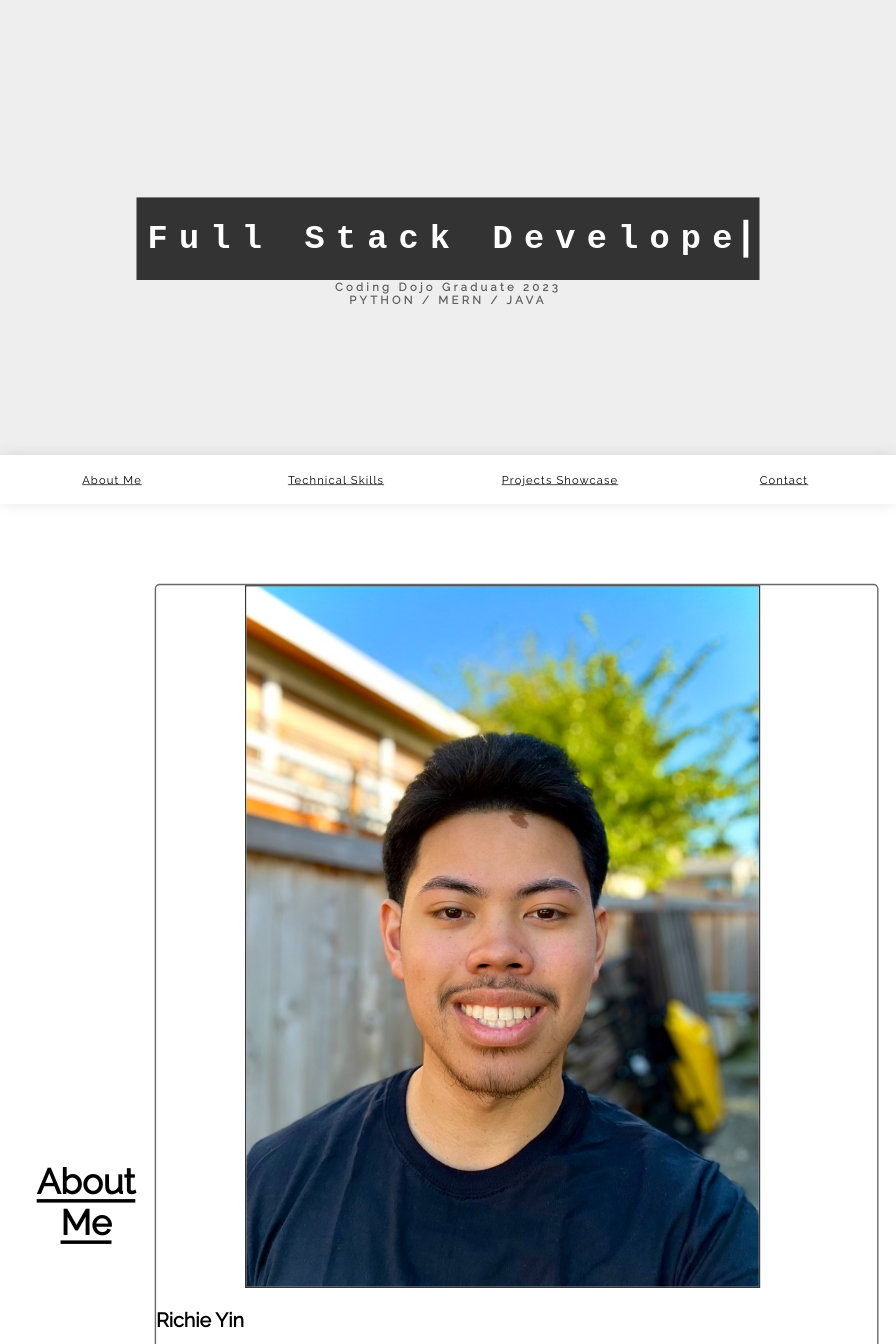
Repository: RICHIE-YIN/Personal-Portfolio
Page: index.html
An editor plug-in stored every save of this project. The page is shown before and after the next save, followed by the edit.
The browser window is 1280 px wide. The pictures show the part of the page from y = 0 to 1920 px (the page is 4452 px tall before and 4193 px after), at 70% of full size.
Some web fonts or font styles are not loaded; a fallback is used.

Above is the page before, as saved 2023-06-12 17:04:51.
Console error: ReferenceError: $ is not defined

After the next save:
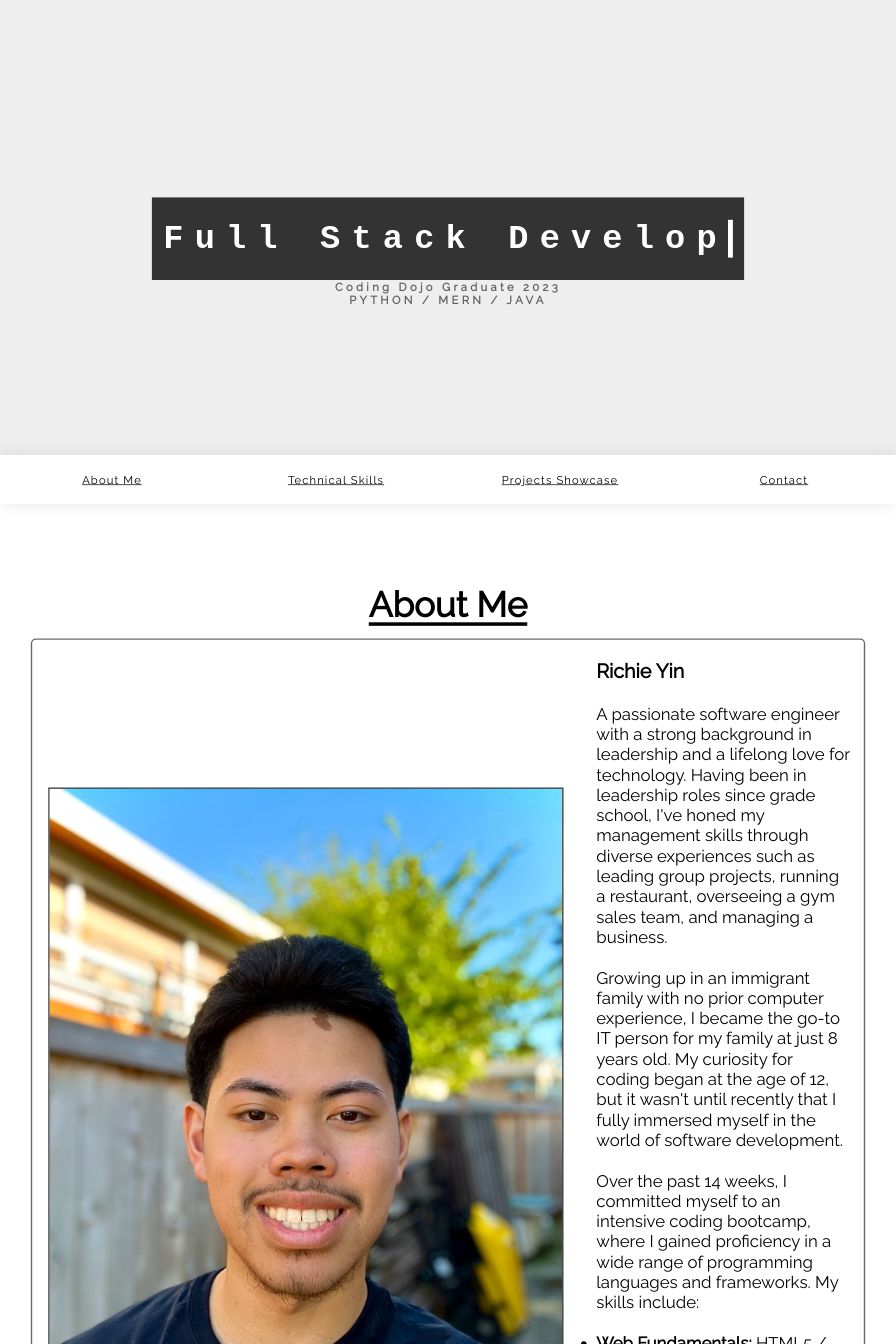
Saved 33 s later.
--- a/styles.css
+++ b/styles.css
@@ -114,7 +114,7 @@ display: none;
 
 .profile-section {
     display: flex;
-    flex-direction:row;
+    flex-direction: column;
     align-items: center;
     padding-left: 25px;
     padding-right: 25px;
@@ -122,7 +122,7 @@ display: none;
 
 .profile-content {
     display: flex;
-    flex-direction: column;
+    flex-direction: row;
     align-items: center;
     justify-content: center;
     width: 75%;
@@ -628,7 +628,3 @@ button[type="submit"]:hover {
     text-decoration: underline;
     text-underline-offset: 0.15em;
 }
-
-.technical-skills .card {
-    width: 100%;
-  }
